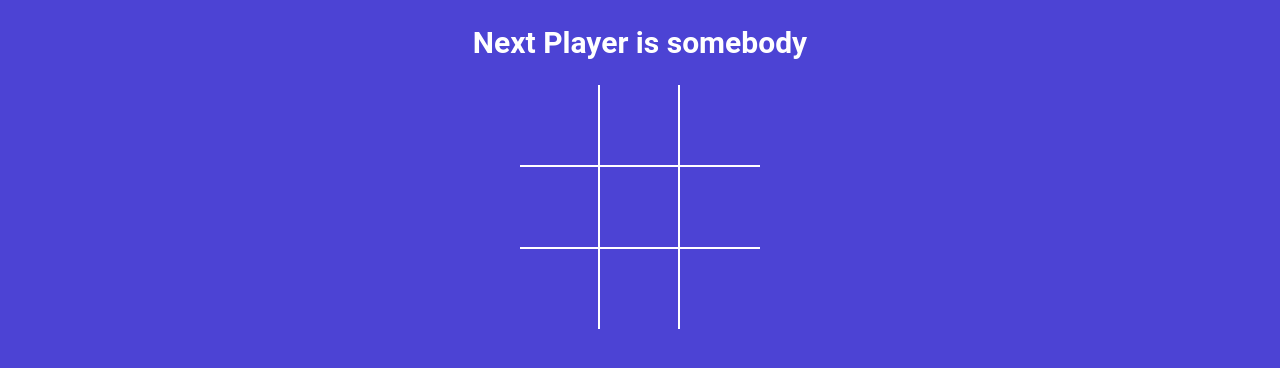
Repository: NoobAjay/tictactoe-game
Page: /
An editor plug-in stored every save of this project. The page is shown before and after the next save, followed by the edit.
The browser window is 1280 px wide. The pictures show the whole page.
The project was rebuilt for these pictures with package versions that can differ from the ones it lists, and the page was loaded fresh each time. Also part of the build but not shown: vite.config.js.

Above is the page before, as saved 2023-03-22 11:23:46.

### src/App.jsx
import './styles.scss';
import { useState } from 'react';
import Board from './components/Board';

function App() {
  const [squares, setSquares] = useState(Array(9).fill(null));
  const [isXNext, setIsXNext] = useState(false);

  const handleSquareClick = clickedPosition => {
    if (squares[clickedPosition]) {
      return;
    }
    setSquares(currentSquares => {
      return currentSquares.map((squareValue, position) => {
        if (clickedPosition === position) {
          return isXNext ? 'X' : '0';
        }
        return squareValue;
      });
    });

    setIsXNext(currentIsXNext => !currentIsXNext);
  };

  return (
    <div className="app">
      <h2>Next Player is somebody</h2>
      <Board squares={squares} handleSquareClick={handleSquareClick} />
    </div>
  );
}

export default App;

### src/components/Board.jsx
import React from 'react';
import Square from './Square';

const Board = ({ squares, handleSquareClick }) => {
  const renderSquare = position => {
    return (
      <Square
        value={squares[position]}
        onClick={() => handleSquareClick(position)}
      />
    );
  };
  return (
    <div className="board">
      <div className="board-row">
        {renderSquare(0)}
        {renderSquare(1)}
        {renderSquare(2)}
      </div>
      <div className="board-row">
        {renderSquare(3)}
        {renderSquare(4)}
        {renderSquare(5)}
      </div>
      <div className="board-row">
        {renderSquare(6)}
        {renderSquare(7)}
        {renderSquare(8)}
      </div>
    </div>
  );
};

export default Board;

Loaded but not shown: index.html (common file); src/main.jsx (common file); src/styles.scss (common file); src/components/Square.jsx (common file)

After the next save:
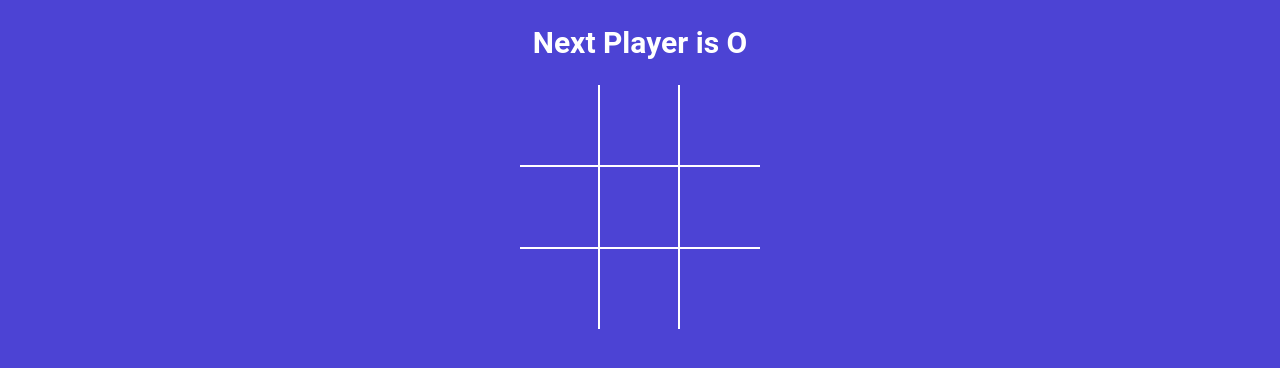
Saved 119 s later.
--- a/src/App.jsx
+++ b/src/App.jsx
@@ -5,6 +5,8 @@ import Board from './components/Board';
 function App() {
   const [squares, setSquares] = useState(Array(9).fill(null));
   const [isXNext, setIsXNext] = useState(false);
+
+  const nextPlayer = isXNext ? 'X' : 'O';
 
   const handleSquareClick = clickedPosition => {
     if (squares[clickedPosition]) {
@@ -24,7 +26,7 @@ function App() {
 
   return (
     <div className="app">
-      <h2>Next Player is somebody</h2>
+      <h2>Next Player is {nextPlayer}</h2>
       <Board squares={squares} handleSquareClick={handleSquareClick} />
     </div>
   );
